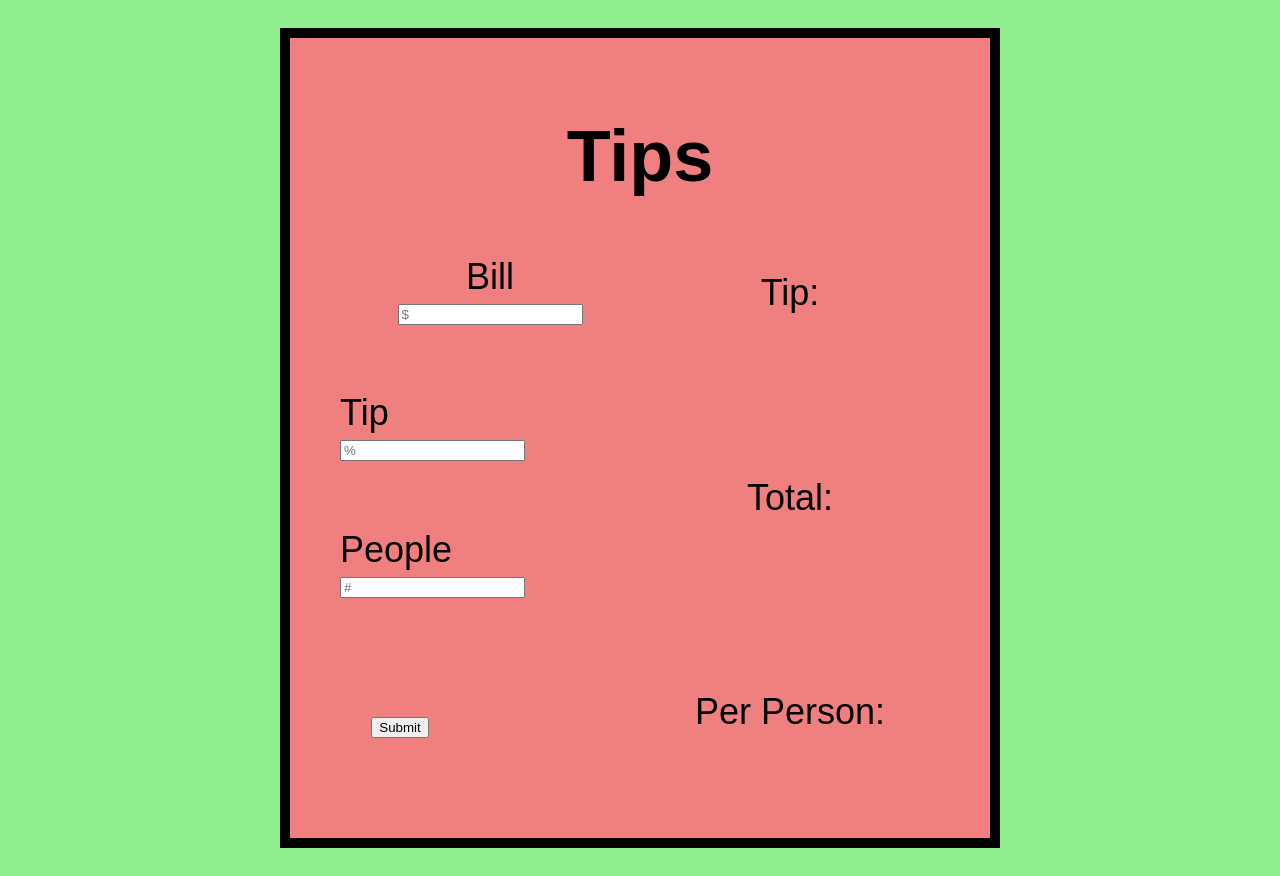
Repository: SamirIngley/Tip-Calculator
Page: tip_display.html
These files come from the project's save history. The page is drawn as it stood at one moment and after the next save; the edit follows.
The browser window is 1280 px wide. The pictures show the whole page.

Above is the page before, as saved 2020-02-13 14:50:32.

After the next save:
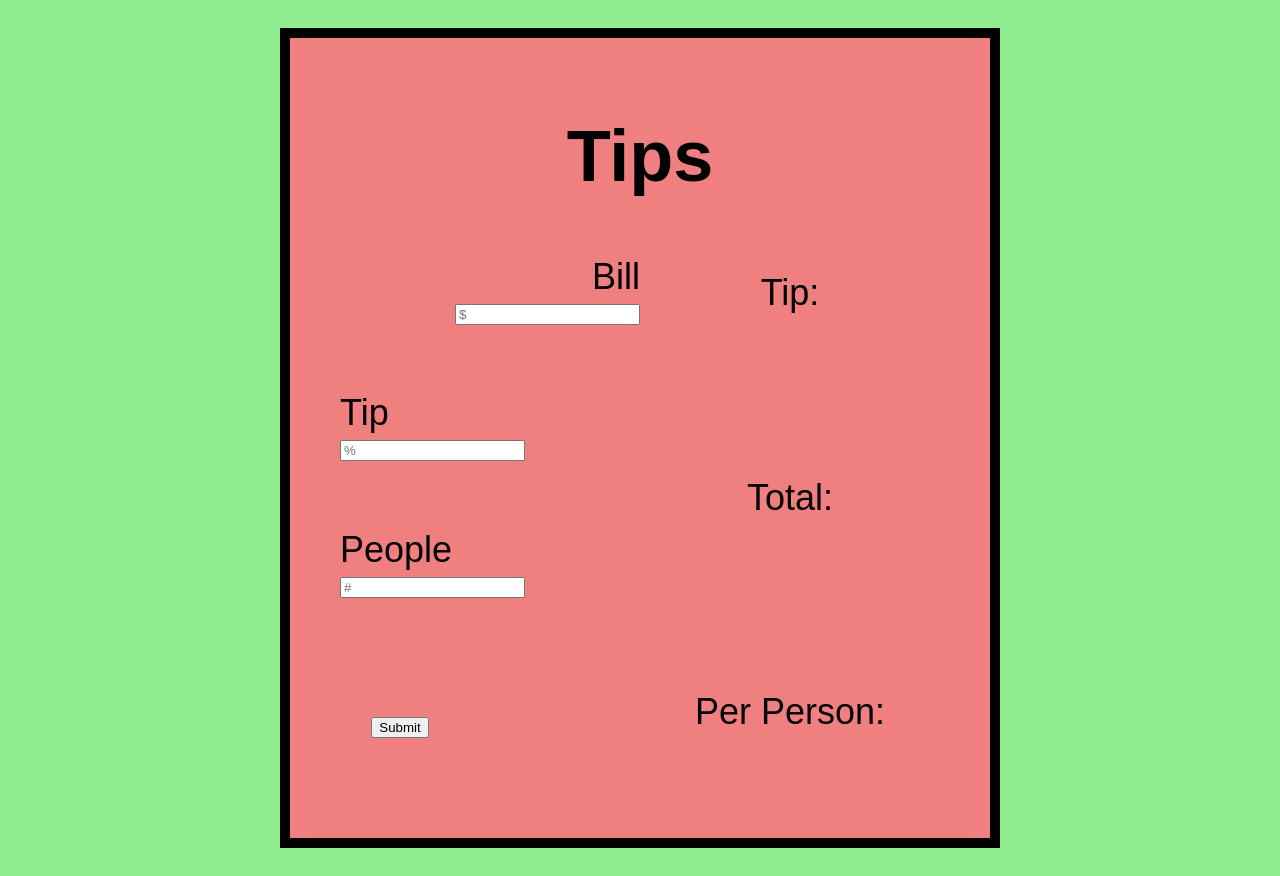
Saved 4 s later.
--- a/style.css
+++ b/style.css
@@ -42,7 +42,7 @@
 }
 
 .bill {
-    text-align: center;
+    text-align: right;
     grid-area: b;
     font-weight: 20;
 }

After the save that followed:
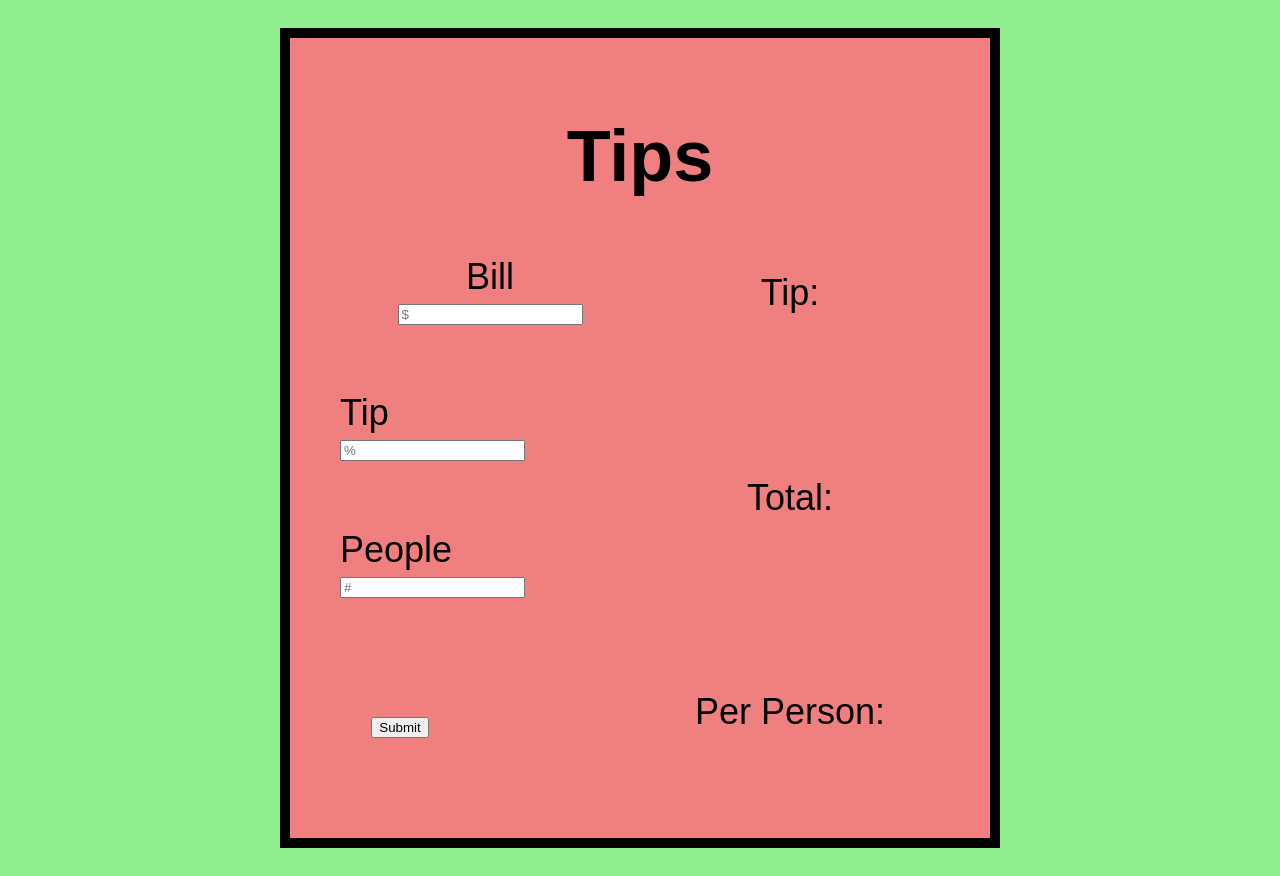
Saved 6 s later.
--- a/style.css
+++ b/style.css
@@ -42,7 +42,7 @@
 }
 
 .bill {
-    text-align: right;
+    text-align: center;
     grid-area: b;
     font-weight: 20;
 }
